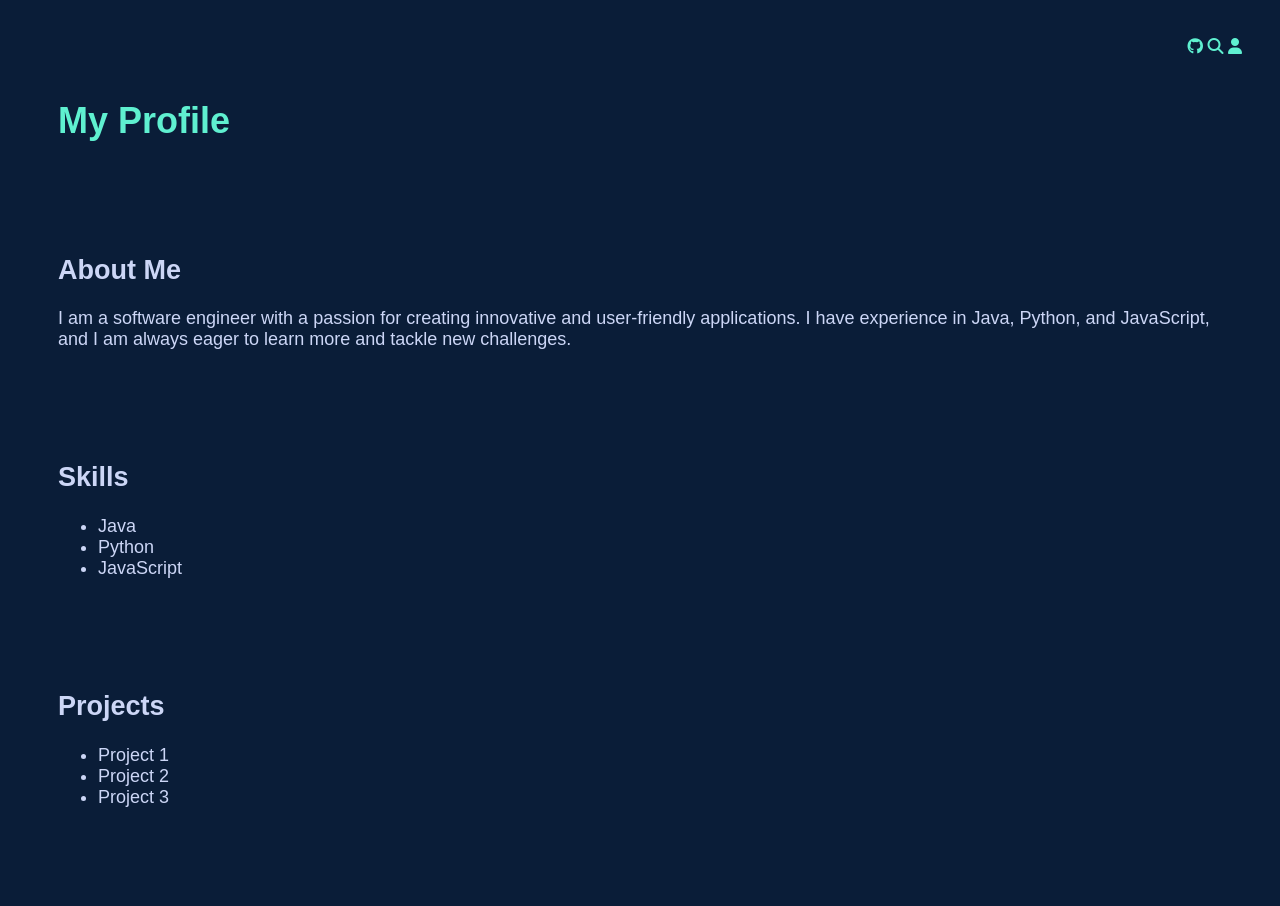
Repository: aoineco/portfolio
Page: index.html
The author's editor kept a copy of each file at every save. The page is drawn from the files as they stood at one save, then again after the next save.
The browser window is 1280 px wide. The pictures show the whole page.
Some web libraries are served in a nearby version.

Above is the page before, as saved 2023-02-10 14:16:23.

After the next save:
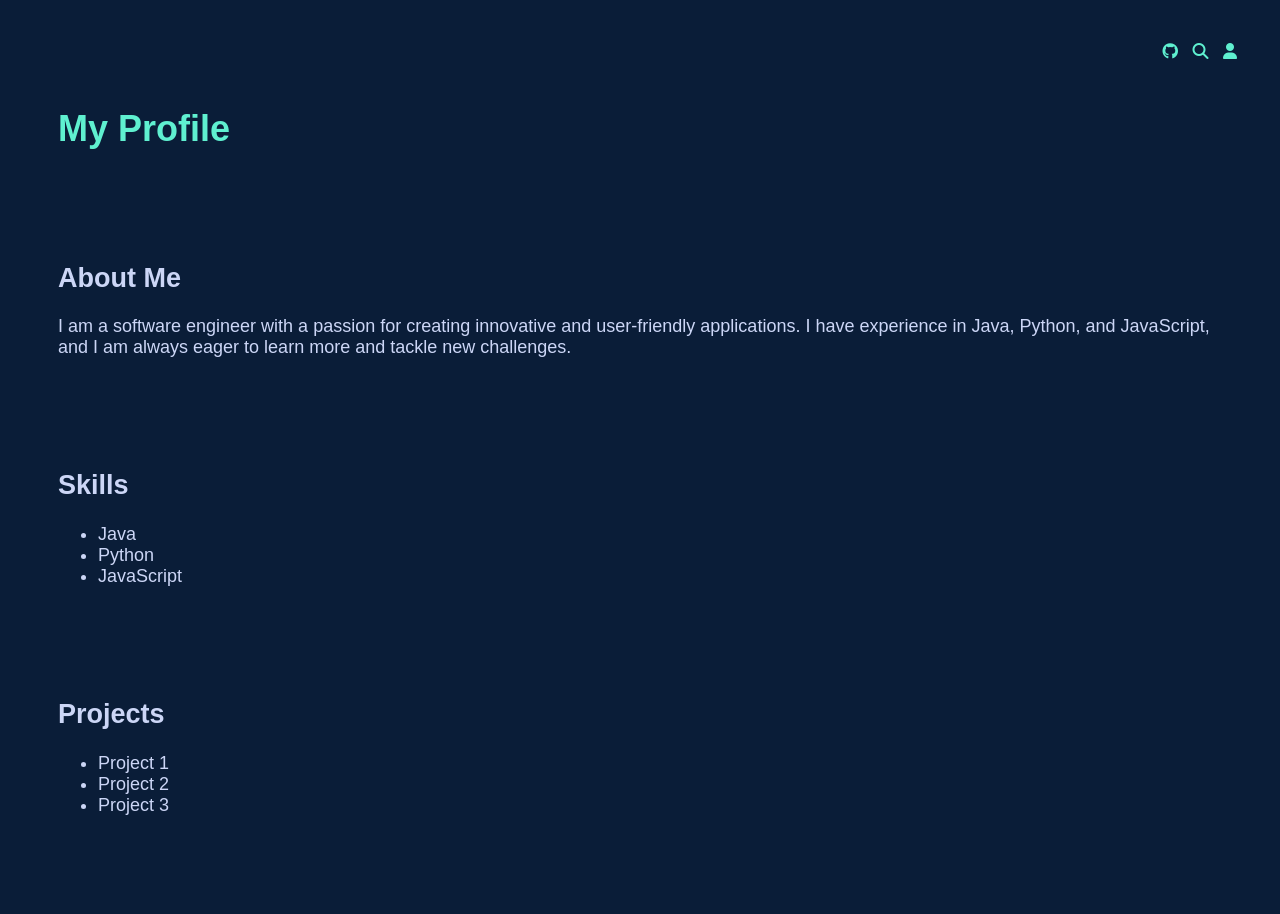
Saved 42 s later.
--- a/style.css
+++ b/style.css
@@ -36,10 +36,6 @@ section {
     margin: 40px 0;
 }
 
-img {
-    width: 30px;
-    height: 30px;
-    border-radius: 25px;
-    background-color: #0a1d38;
-    padding: 0px;
+i{
+    padding: 5px;
 }
